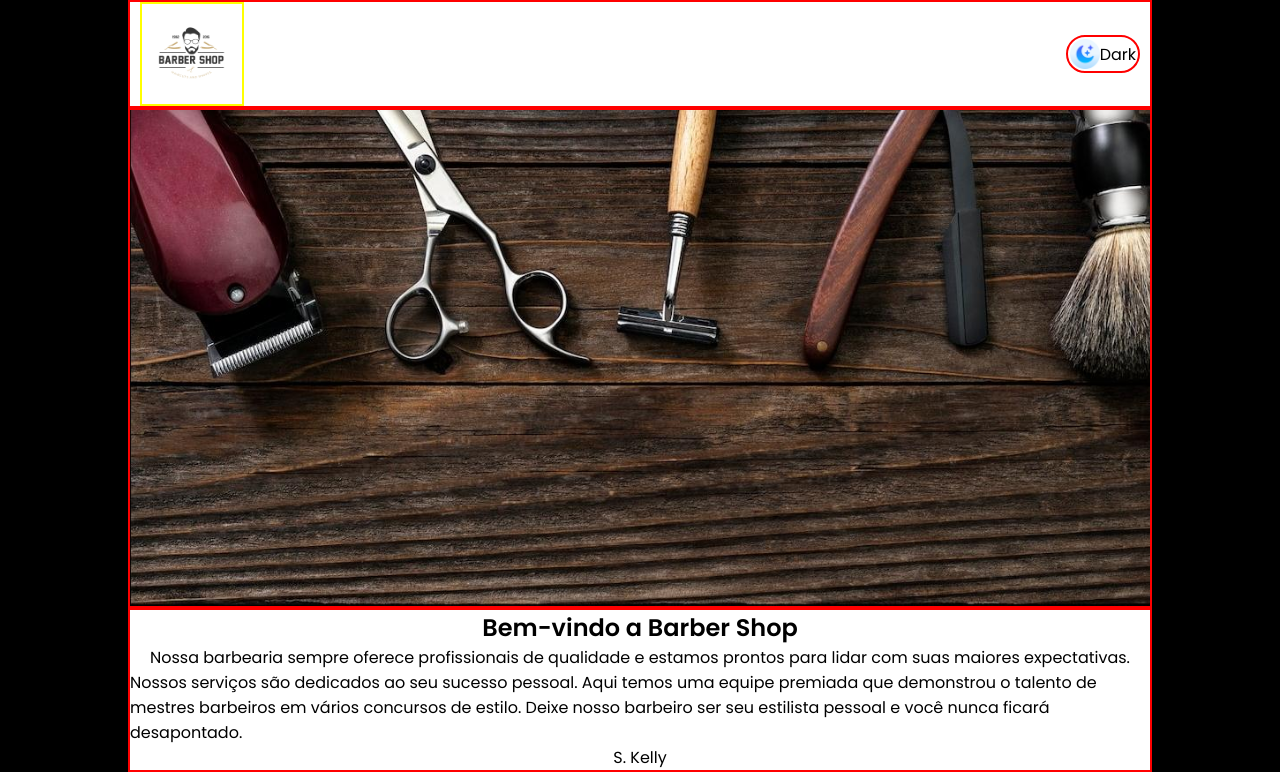
Repository: Daniells642/LandingPage-React
Page: /
These files come from the project's save history. The page is drawn as it stood at one moment and after the next save; the edit follows.
The browser window is 1280 px wide. The pictures show the whole page.
The project was rebuilt for these pictures with package versions that can differ from the ones it lists, and the page was loaded fresh each time.

Above is the page before, as saved 2022-11-04 21:37:10.

### public/index.html
<!DOCTYPE html>
<html lang="en">
  <head>
    <meta charset="utf-8" />
    <link rel="icon" href="%PUBLIC_URL%/favicon.ico" />
    <meta name="viewport" content="width=device-width, initial-scale=1" />
    <meta name="theme-color" content="#000000" />
    <meta
      name="description"
      content="Web site created using create-react-app"
    />
    <link rel="apple-touch-icon" href="%PUBLIC_URL%/logo192.png" />
    <!--
      manifest.json provides metadata used when your web app is installed on a
      user's mobile device or desktop. See https://developers.google.com/web/fundamentals/web-app-manifest/
    -->
    <link rel="manifest" href="%PUBLIC_URL%/manifest.json" />
    <!--
      Notice the use of %PUBLIC_URL% in the tags above.
      It will be replaced with the URL of the `public` folder during the build.
      Only files inside the `public` folder can be referenced from the HTML.

      Unlike "/favicon.ico" or "favicon.ico", "%PUBLIC_URL%/favicon.ico" will
      work correctly both with client-side routing and a non-root public URL.
      Learn how to configure a non-root public URL by running `npm run build`.
    -->

    <link rel="preconnect" href="https://fonts.googleapis.com">
    <link rel="preconnect" href="https://fonts.gstatic.com" crossorigin>
    <link href="https://fonts.googleapis.com/css2?family=Poppins:wght@400;500;600&display=swap" rel="stylesheet">
    <link href="https://fonts.googleapis.com/css2?family=Great+Vibes&display=swap" rel="stylesheet">
    <title>Barberia</title>
  </head>
  <body>
    <noscript>You need to enable JavaScript to run this app.</noscript>
    <div id="root"></div>
    <!--
      This HTML file is a template.
      If you open it directly in the browser, you will see an empty page.

      You can add webfonts, meta tags, or analytics to this file.
      The build step will place the bundled scripts into the <body> tag.

      To begin the development, run `npm start` or `yarn start`.
      To create a production bundle, use `npm run build` or `yarn build`.
    -->
  </body>
</html>

### src/App.js
import Barbearia from "./LandingPage";
import './App.css';


function App() {
  return (
    <div>
      <Barbearia/>
    </div>
  );
}

export default App;

### src/LandingPage/index.js
import './style.css';

export default function Barbearia() {
  return (
    <body>
        <header id="topo" className='limitar-secao modo-claro'>
          <div className='logo'>
            <img src="../../assets/barbearia-logo.png" alt="logo-barbearia" title="logo da barbearia"/>
          </div>
          <div className='botao'>
            <img src="../../assets/moon.png" alt="alternar-modo" title="alternar-modo"/>
            <span>Dark</span>
          </div>
        </header>
        <section id="secao-banner" className='limitar-secao'>

        </section>
        <section id="secao-texto" className='limitar-secao secao-texto'>
            <h1>Bem-vindo a Barber Shop</h1>
            <p>Nossa barbearia sempre oferece profissionais de qualidade e estamos prontos para lidar com suas maiores expectativas.</p>
            <p>Nossos serviços são dedicados ao seu sucesso pessoal. Aqui temos uma equipe premiada que demonstrou o talento de mestres barbeiros em vários concursos de estilo. Deixe nosso barbeiro ser seu estilista pessoal e você nunca ficará desapontado.</p>
            <p className='modificado'>S. Kelly</p>
        </section>
    </body>
  )
}

### src/App.css
* {
  margin: 0;
  padding: 0;
  box-sizing: border-box;
  font-family: 'Poppins', sans-serif;
}

body {
  background-color: black;
}

.limitar-secao {
  max-width: 1024px;
  width: 100%;
  margin: 0 auto;
  border: solid red 2px;
}

### src/LandingPage/style.css
.modo-claro {
    background-color: #fff;
    color: #000;
    display: flex;
    align-items: center;
    justify-content: space-between;
    width: 100%;
    min-height: 60px;
    padding: 0 10px;
    margin: 0 auto;
}

.logo {
    display: flex;
    justify-content: center;
    align-items: center;
    border: yellow solid 2px;
}

.logo img {
    height: 100px;
}
.botao {
    display: flex;
    justify-content: center;
    align-items: center;
    border: 2px solid red;
    border-radius: 20px 20px ;
    padding: 2px;

}

.botao img {
    height: 30px;

}

#secao-banner {
    position: relative;
    background-image: url('../../public/assets/banner-barbearia.jpg');
    background-repeat: no-repeat;
    background-size: cover;
    width: 100%;
    height: 500px;
  }

.secao-texto {
    display: flex;
    flex-direction: column;
    flex-wrap: wrap;
    align-items: center;
    background-color: #fff;

}

.secao-texto h1 {
    color: black;
}

.secao-texto p {
    color: black;
}

.modificado {
    font-family: 'Poppins', sans-serif;
    color: rgba(235, 200, 3, 0.87);
}

Loaded but not shown: src/index.js (common file)

After the next save:
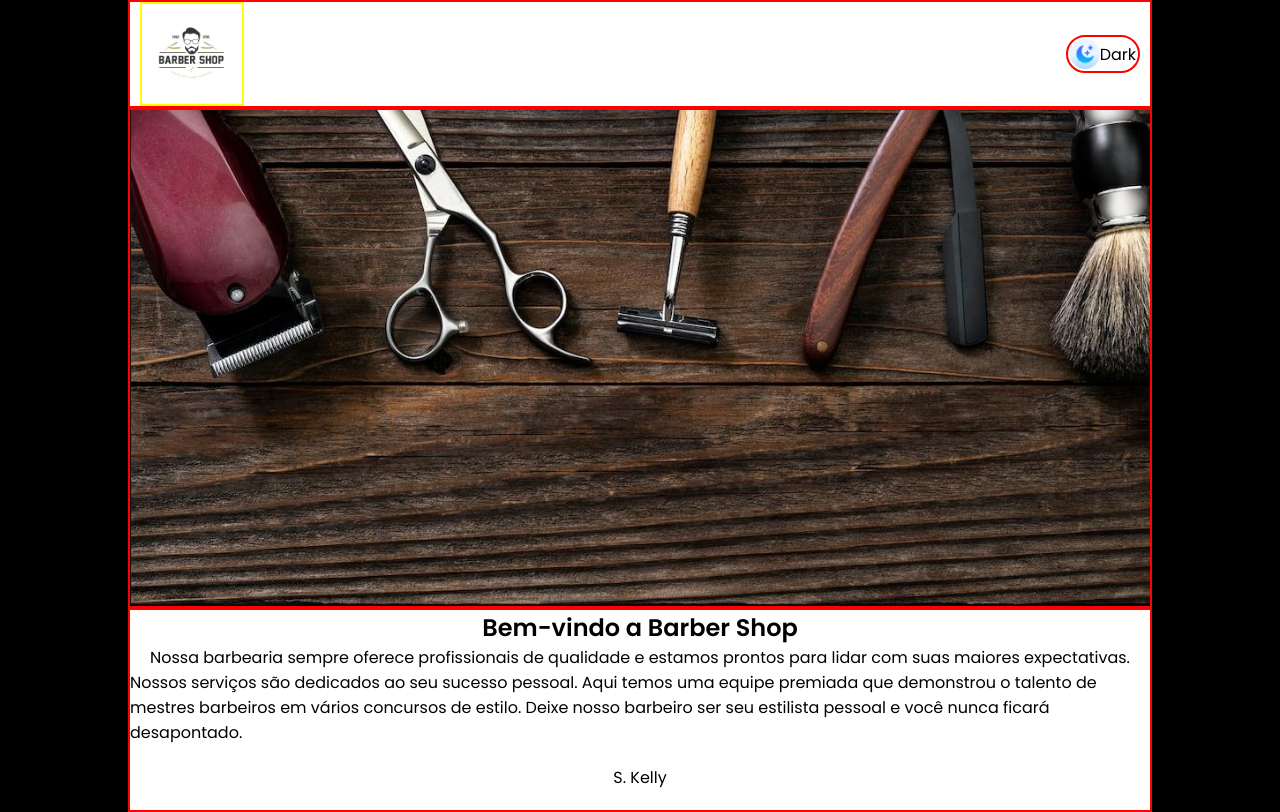
Saved 50 s later.
--- a/src/LandingPage/style.css
+++ b/src/LandingPage/style.css
@@ -64,4 +64,6 @@
 .modificado {
     font-family: 'Poppins', sans-serif;
     color: rgba(235, 200, 3, 0.87);
+    padding: 10px 5px;
+    margin: 10px;
 }
